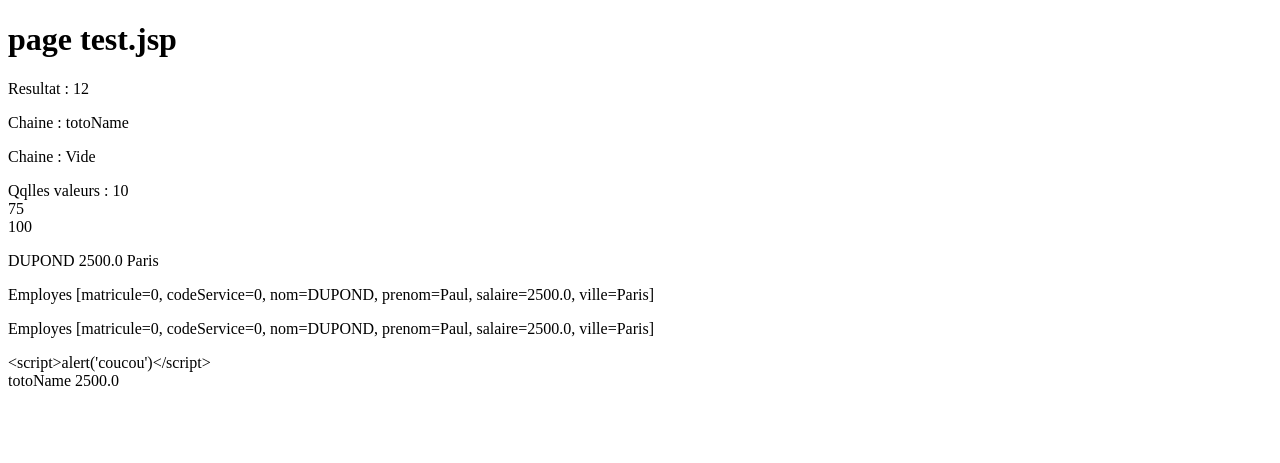
Repository: Moana007/javaee-workspace
Page: http://localhost/Site_cours/test
The author's editor kept a copy of each file at every save. The page is drawn from the files as they stood at one save, then again after the next save.
The browser window is 1280 px wide. The pictures show the whole page.
The page is served by Tomcat 9.

Above is the page before, as saved 2019-01-28 16:01:23.

After the next save:
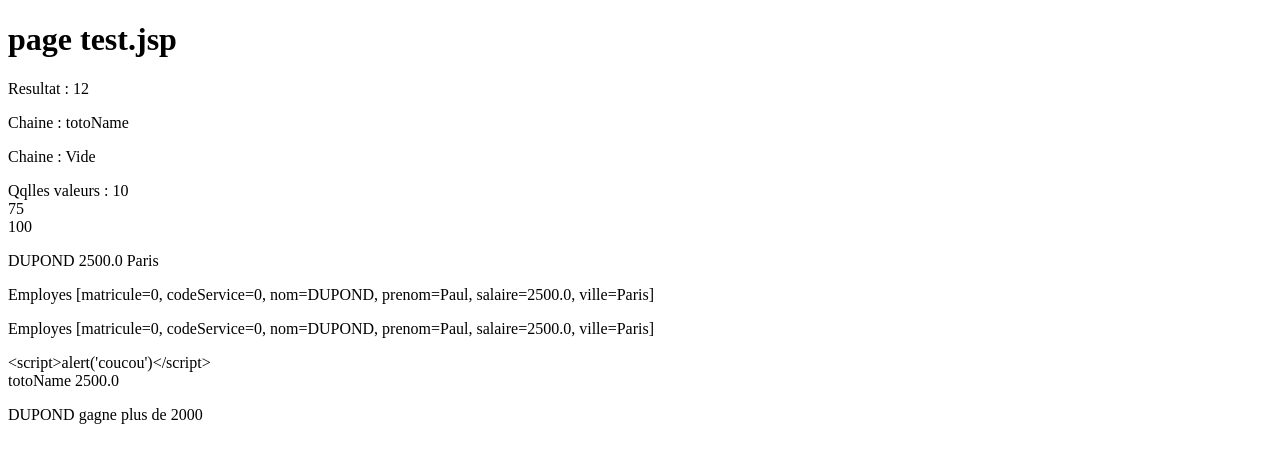
Saved 51 s later.
--- a/Site_cours/WebContent/WEB-INF/test.jsp
+++ b/Site_cours/WebContent/WEB-INF/test.jsp
@@ -26,7 +26,7 @@
 	<c:out value="${ chaine }" />
 
 	<c:out value="${ emp.salaire }" />
-	<c:if test="emp.salaire > 2000">
+	<c:if test="${ emp.salaire > 2000 }">
 		<p><c:out value="${emp.nom}"/> gagne plus de 2000</p>
 	</c:if>
 </body>
